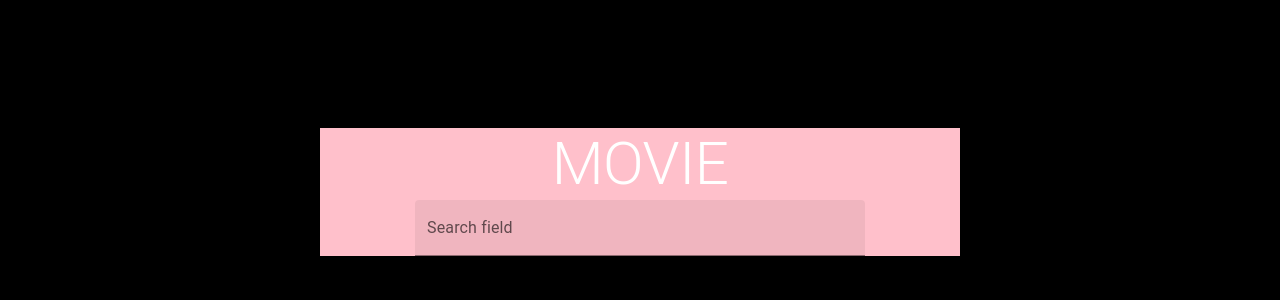
Repository: songjiwon17/movie
Page: /
These files come from the project's save history. The page is drawn as it stood at one moment and after the next save; the edit follows.
The browser window is 1280 px wide. The pictures show the whole page.
The project was rebuilt for these pictures with package versions that can differ from the ones it lists, and the page was loaded fresh each time. Also part of the build but not shown: src/component/Login.js.

Above is the page before, as saved 2024-01-04 21:49:57.

### src/App.js
import { BrowserRouter, Route, Routes } from 'react-router-dom';
import './App.css';
import Home from './component/Home';
import Login from './component/Login';

function App() {
  return (
    <>
      <BrowserRouter>
        <Routes>
          <Route path='/' element={<Home/>}></Route>
          <Route path='login' element={<Login/>}></Route>
        </Routes>
      </BrowserRouter>
    </>
  );
}

export default App;

### src/App.css
@charset "UTF-8";

/* base */
* {
  padding: 0;
  margin: 0;
  box-sizing: border-box;
  font-family: "Noto Sans KR", "맑은 고딕", "Apple SD Gothic Neo", sans-serif;
  color: #fff;
  font-size: 16px;
}

li {
  list-style: none;
}

a {
  display: block;
  text-decoration: none;
}

img {
  display: block;
  border: none;
}

/* Home */
body{
  background-color: #000;
}

.home{
  display: flex; flex-direction: column; justify-content: center; align-items: center;
  width: 50%;
  margin: 10% auto;
  background-color: pink;
}

### src/component/Home.js
import {Link} from 'react-router-dom';
import Header from "./Header";
import SearchForm from './SearchForm';

function Home(){
    return(
        <div className="home">
            <Link to='/'><Header/></Link>
            <SearchForm/>
        </div>
    )
}
export default Home;

### src/component/Header.js
import { Typography } from "@mui/material";

function Header(){
    return(
        <div>
            <Typography variant="h2" align="center">MOVIE</Typography>
        </div>
    )
}
export default Header;

### src/component/SearchForm.js
import TextField from '@mui/material/TextField';

function SearchForm(){
    return(
        <>
        <TextField
        style={{
            width: 450

        }}
          id="filled-search"
          label="Search field"
          type="search"
          variant="filled"
        />
        </>
    )
}
export default SearchForm;

Loaded but not shown: public/index.html (common file); src/index.js (common file); src/index.css (common file); src/reportWebVitals.js (common file)

After the next save:
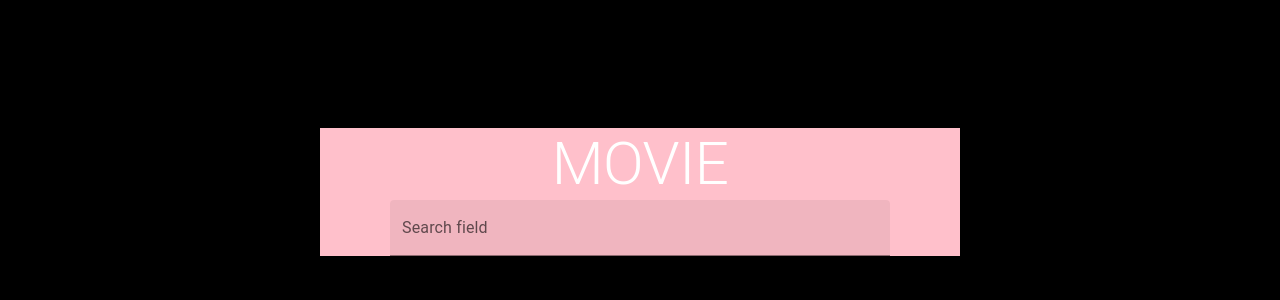
Saved 8 s later.
--- a/src/component/SearchForm.js
+++ b/src/component/SearchForm.js
@@ -5,7 +5,7 @@ function SearchForm(){
         <>
         <TextField
         style={{
-            width: 450
+            width: 500
 
         }}
           id="filled-search"
